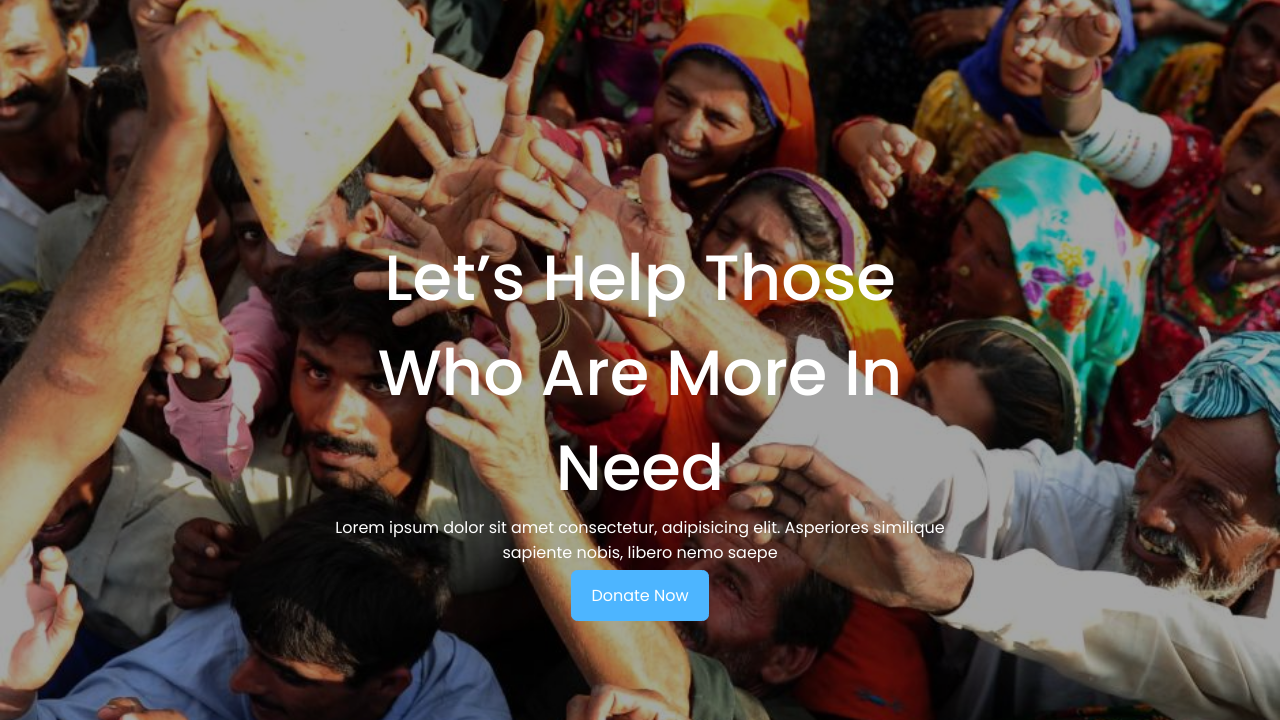
Repository: mdrubel02/donate-website
Page: index.html
An editor plug-in stored every save of this project. The page is shown before and after the next save, followed by the edit.
The browser window is 1280 px wide. The pictures show the whole page.

Above is the page before, as saved 2022-07-06 11:55:15.

### index.html
<!DOCTYPE html>
<html lang="en">
<head>
    <meta charset="UTF-8">
    <meta http-equiv="X-UA-Compatible" content="IE=edge">
    <meta name="viewport" content="width=device-width, initial-scale=1.0">
    <title>Our Donate Website</title>
    <link rel="stylesheet" href="./index.css">
</head>
<body>
    <section class="banner-section">

            <div class="banner-content">
                <h1>Let’s Help Those Who Are More In Need</h1>
                <p>Lorem ipsum dolor sit amet consectetur, adipisicing elit. Asperiores similique sapiente nobis, libero nemo saepe</p>

                <a href="" class="btn btn-primary">Donate Now</a>
            </div>

    </section>
</body>
</html>

### index.css
/* =====GOOGLE FONTS====== */
@import url('https://fonts.googleapis.com/css2?family=Poppins:wght@300;400;500;600&display=swap');

/* =====COMMON STYLES====== */
* {
    margin: 0;
    padding: 0;
    border: 0;
    outline: 0;
    list-style: none;
    text-decoration: none;
}

body {
    font-family: 'Poppins', sans-serif;
    color: #fff;
}

h1,
h2,
h3,
h4,
h5,
h6 {
    font-weight: 500;
}

img {
    display: block;
    width: 100%;
    object-fit: cover;
}

.container {
    max-width: 1200px;
    margin: 0 auto;
    padding: 0 30px;
    margin-top: 10%;
    margin-bottom: 10%;
    box-sizing: border-box;
}

a {
    color: #fff;
    transition: all 400ms ease;
}

a:hover {
    color: #fff;
}

.btn {
    text-align: center;
    width: max-content;
    display: inline-block;
    color:#fff;
    padding: 0.75rem 1.2rem;
    border-radius: 0.4rem;
    border: 1px solid #4db5ff;
    cursor: pointer;
    transition: all 400ms ease;
}

.btn:hover {
    background: #fff;
    color: #4db5ff;
    border: 1px solid #4db5ff;
}

.btn-primary {
    background: #4db5ff;
    color: #fff;
}


/* ========BANNER SECTION STYLE======== */

.banner-section{
    background-image: url('./images/donation0.jpg');
    background-repeat: no-repeat;
    background-size: cover;
    background-position: center center;
    object-fit: cover;
    height: 100vh;
    width: 100%;
    position: fixed;
}
.banner-section:after{
    content: "";
    position: absolute;
    top: 0;
    left: 0;
    display: block;
    width: 100%;
    height: 100%;
    background-color: rgba(0, 0, 0, 0.5);
    opacity: .7;
    z-index: -1;
}
.banner-content {
	position: absolute;
	width: 50%;
	top: 32%;
	left: 25%;
	text-align: center;
}
.banner-content h1{
    font-size: 4rem;
}
.banner-content p{
    margin-bottom: 5px;
}

After the next save:
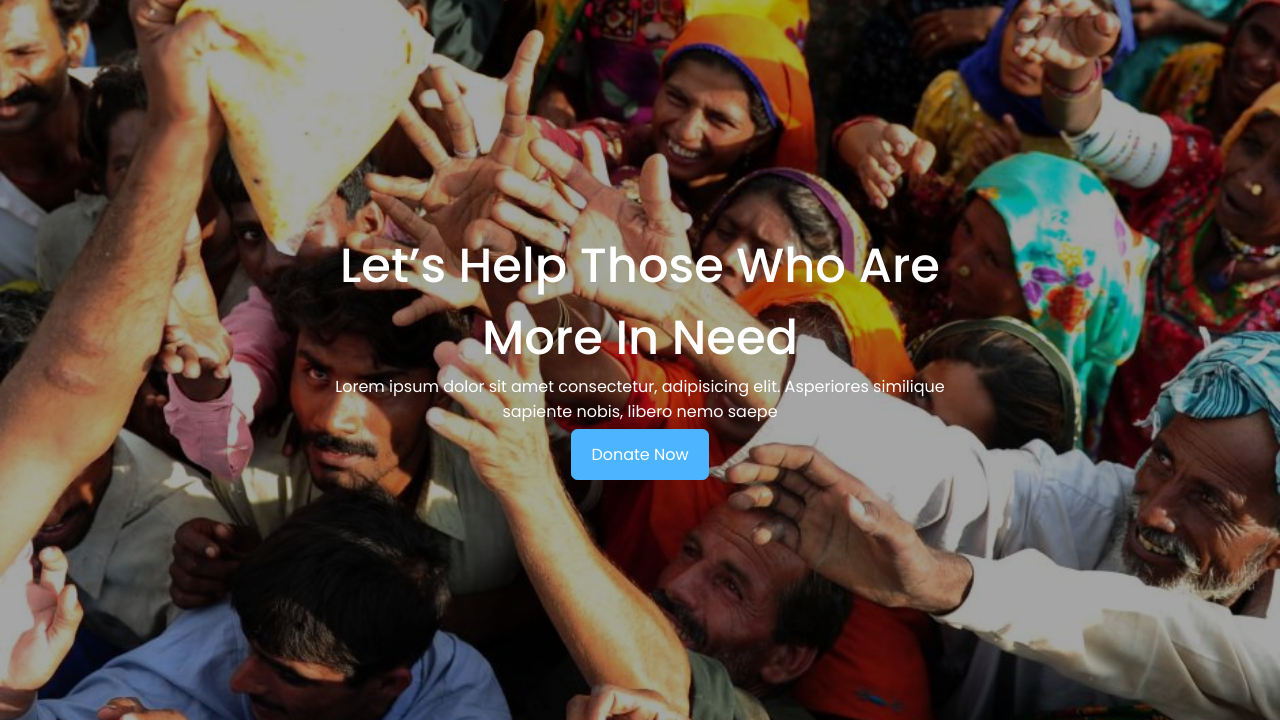
Saved 20 s later.
--- a/index.css
+++ b/index.css
@@ -105,7 +105,7 @@ a:hover {
 	text-align: center;
 }
 .banner-content h1{
-    font-size: 4rem;
+    font-size: 3rem;
 }
 .banner-content p{
     margin-bottom: 5px;
